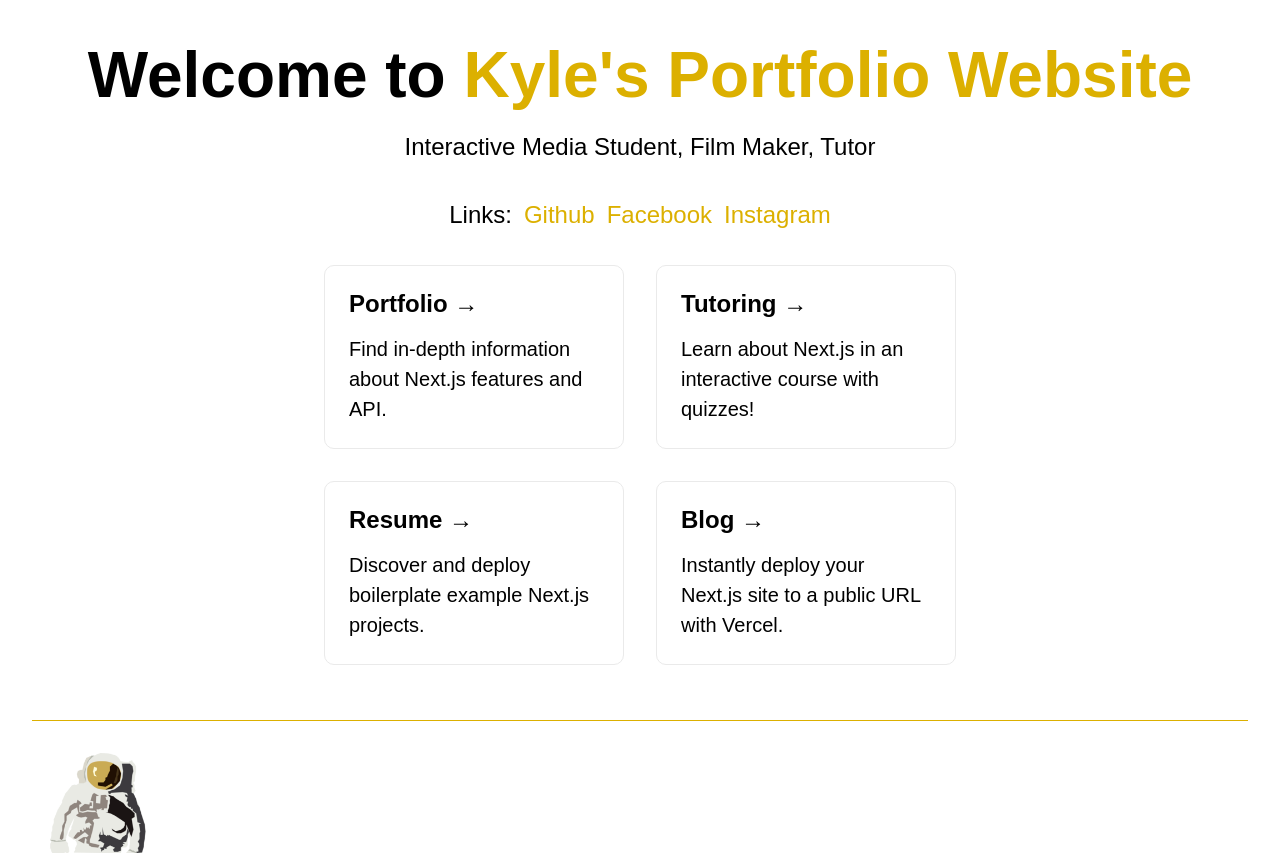
Repository: neomort/CL-portfolio-site
Page: /
The author's editor kept a copy of each file at every save. The page is drawn from the files as they stood at one save, then again after the next save.
The browser window is 1280 px wide. The pictures show the whole page.
The project was rebuilt for these pictures with package versions that can differ from the ones it lists, and the page was loaded fresh each time. The framework's server and built-in components were replaced by stand-ins that run in the browser. Also part of the build but not shown: next.config.js.

Above is the page before, as saved 2021-12-14 14:40:43.

After the next save:
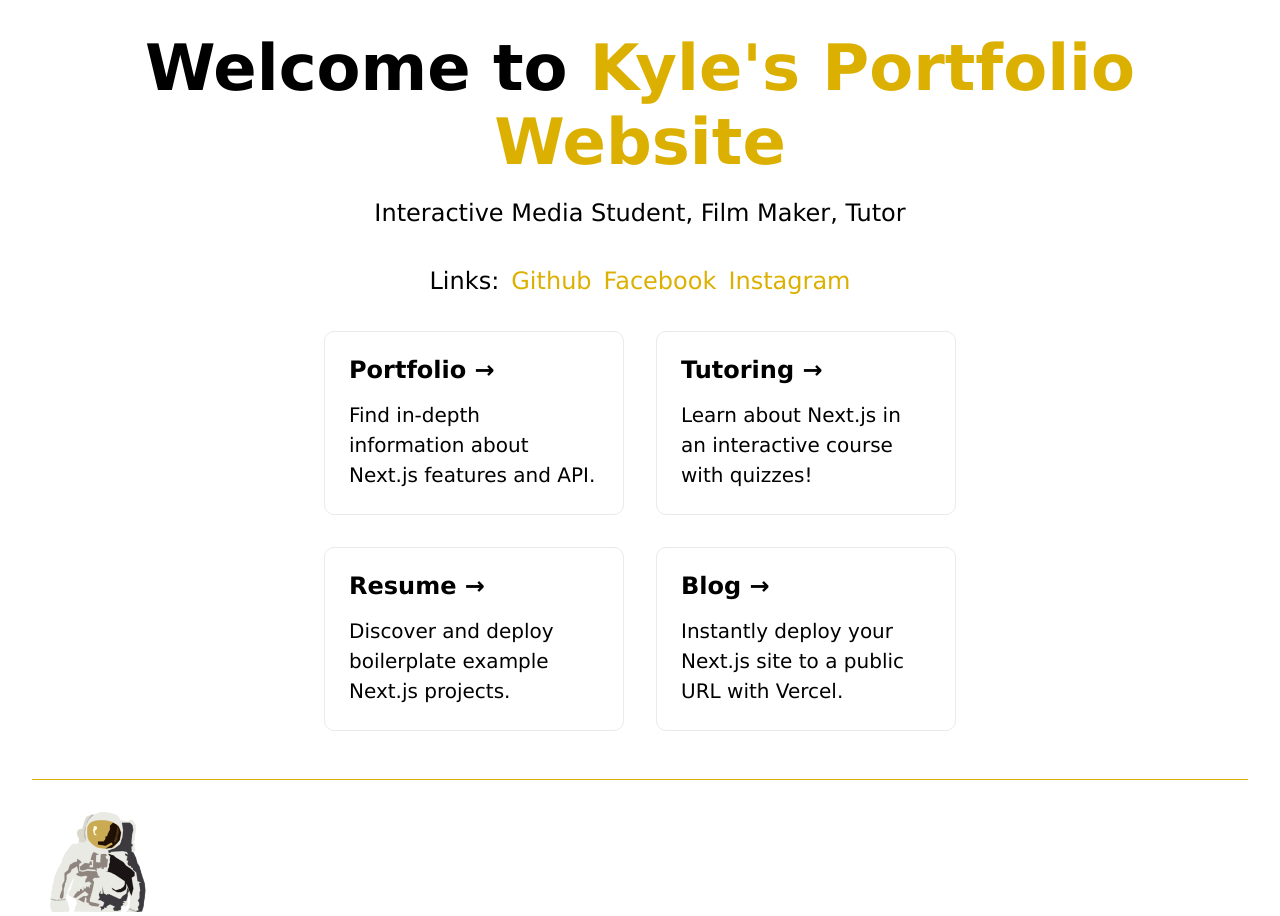
Saved 54 s later.
--- a/styles/globals.css
+++ b/styles/globals.css
@@ -2,7 +2,7 @@ html,
 body {
   padding: 0;
   margin: 0;
-  font-family: sans-serif;
+  font-family:  Verdana, Geneva, Tahoma, sans-serif;
 }
 
 a {
